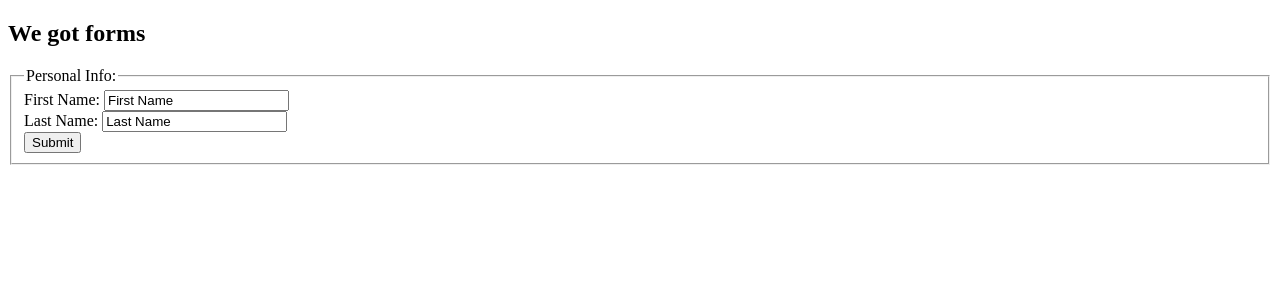
Repository: shebib/CS201-Software-Development
Page: http://localhost/Lab4/main.jsp
These files come from the project's save history. The page is drawn as it stood at one moment and after the next save; the edit follows.
The browser window is 1280 px wide. The pictures show the whole page.
The page is served by Tomcat 9.

Above is the page before, as saved 2018-01-31 17:37:04.

After the next save:
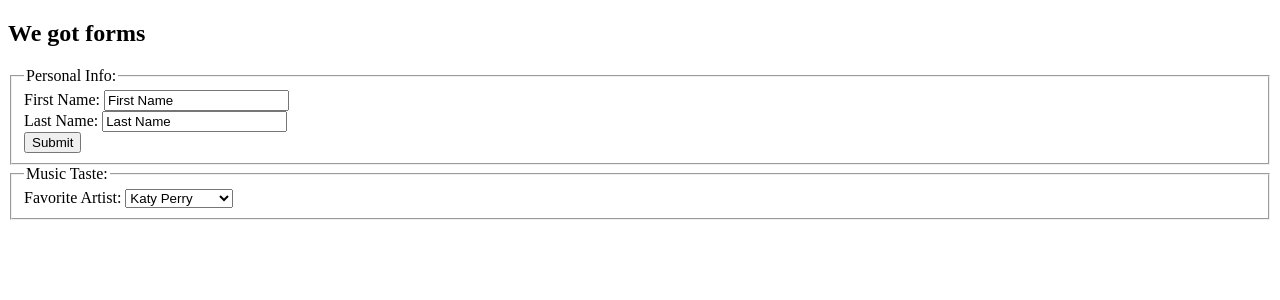
Saved 85 min 34 s later.
--- a/eclipse-workspace/Lab4/WebContent/main.jsp
+++ b/eclipse-workspace/Lab4/WebContent/main.jsp
@@ -19,6 +19,15 @@
 				${lname_err}
 				<input type="submit" value="Submit">
 			</fieldset>
+			<fieldset>
+				<legend>Music Taste:</legend>
+				Favorite Artist:
+				<select name="Artist">
+					<option value="kperry">Katy Perry</option>
+					<option value="dglo">Donald Glover</option>
+				</select>
+
+			</fieldset>
 		</form>
 </body>
 </html>
